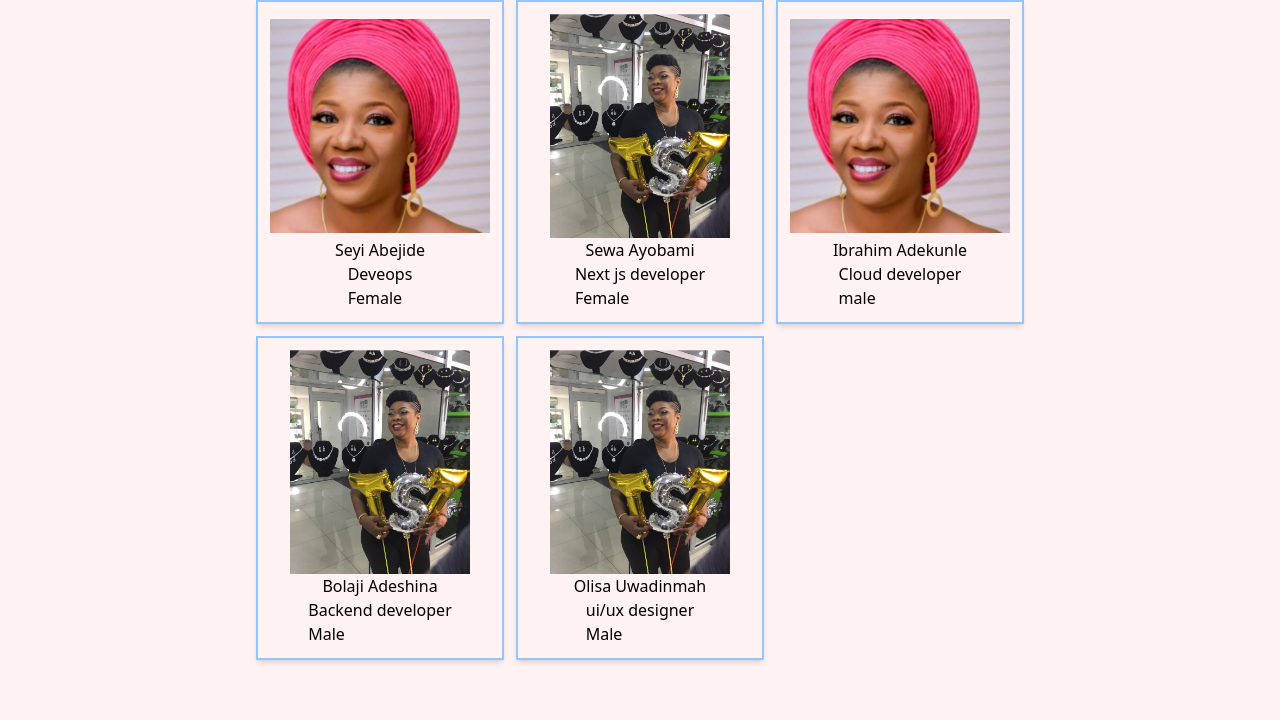
Repository: Semanmernstack/Bincom
Page: /
An editor plug-in stored every save of this project. The page is shown before and after the next save, followed by the edit.
The browser window is 1280 px wide. The pictures show the whole page.
The project was rebuilt for these pictures with package versions that can differ from the ones it lists, and the page was loaded fresh each time. The framework's server and built-in components were replaced by stand-ins that run in the browser. Also part of the build but not shown: next.config.mjs.

Above is the page before, as saved 2024-01-25 05:34:08.

After the next save:
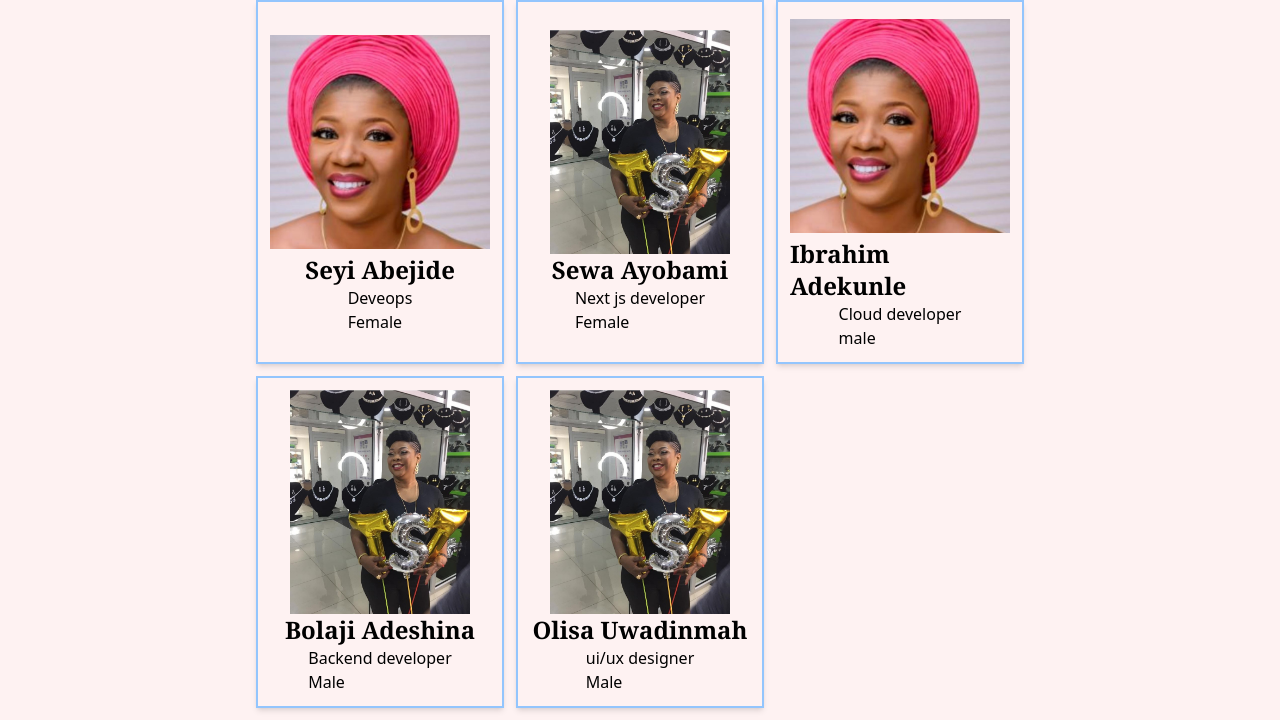
Saved 61 s later.
--- a/app/components/SetUp.tsx
+++ b/app/components/SetUp.tsx
@@ -13,7 +13,7 @@ function SetUp({id, title, image, role, gender}:B) {
     <div className=' p-3 '>
       <img src={image} alt="image" className='h-56 w-56  object-contain' />
       <div className='flex flex-col items-center justify-between'>
-        <h1>{title}</h1>
+        <h1 className='font-bold font-serif textt-xl md:text-2xl'>{title}</h1>
         <div>
           <h2>{role}</h2>
           <h2>{gender}</h2>
